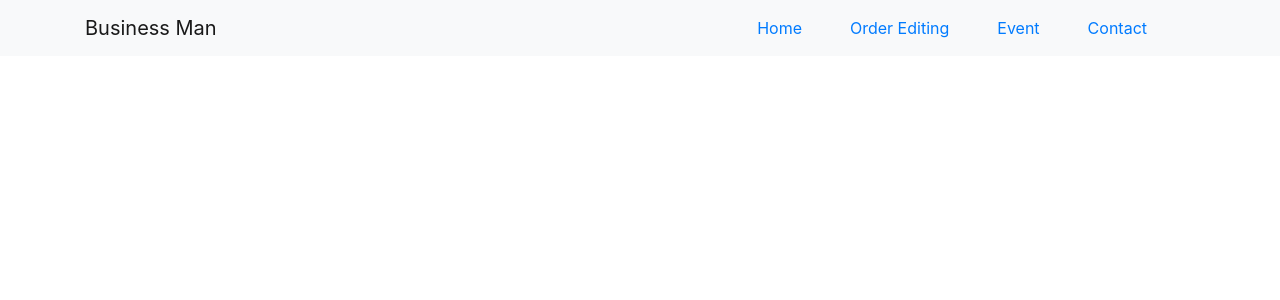
Repository: mdtahsinamin/internship-task
Page: /
These files come from the project's save history. The page is drawn as it stood at one moment and after the next save; the edit follows.
The browser window is 1280 px wide. The pictures show the whole page.
The project was rebuilt for these pictures with package versions that can differ from the ones it lists, and the page was loaded fresh each time. Also part of the build but not shown: src/App.css, src/Components/Style/SignIn.css, src/Components/Authentication/firebase.config.js, src/Components/Authentication/AuthManager.js, src/Components/Authentication/SignIn.js, src/Components/NotFound/NotFound.js.

Above is the page before, as saved 2020-12-24 17:26:09.

### src/App.js

import { createContext, useState } from "react";
import {
  BrowserRouter as Router,
  Switch,
  Route,
  Link
} from "react-router-dom";
import './App.css';
import SignIn from "./Components/Authentication/SignIn";
import NotFound from "./Components/NotFound/NotFound";
import Home from "./Components/Pages/Home/Home";

export const UserContext = createContext();

function App() {
   const [loginUser,setLoginUser] = useState({

   });

  return (
   <UserContext.Provider value={[loginUser,setLoginUser]}>
    <Router>
       <Switch>
         <Route path='/home' component={Home}/>

         <Route path='/sign-in' component={SignIn}/>
         <Route exact path='/' component={Home}/>

       </Switch>
    </Router>
   </UserContext.Provider>
  );
}

export default App;

### src/Components/Pages/Home/Home.js
import React from 'react';
import Navigation from '../Share/Navigation/Navigation';

const Home = () => {
    return (
        <div>
            <Navigation></Navigation>
        </div>
    );
};

export default Home;

### src/Components/Pages/Share/Navigation/Navigation.js
import React from 'react';
import { Container, Nav, Navbar } from 'react-bootstrap';
import { Link } from 'react-router-dom';

const Navigation = () => {
    const links = ['Home','Order Editing','Event','Contact'];

    const linkStyle ={
         textDecoration: 'none',
         fontSize:'16px',
         fontWeight:'600'
    };



    return (
    <header>
        <Navbar bg="light" expand="lg" collapseOnSelect>
           <Container>
             <Link to='/'>
               <Navbar.Brand>Business Man</Navbar.Brand>
             </Link>
            <Navbar.Toggle aria-controls="basic-navbar-nav" />
            <Navbar.Collapse id="basic-navbar-nav">
                <Nav className="ml-auto">
                    {
                        links.map((link,index) =>{
                              return (
                               <Link className="mr-5" to={`${link.toLocaleLowerCase().split(' ').join('-')}`}>
                                   {link}
                               </Link>
                              )
                        })
                    }
                </Nav>
            </Navbar.Collapse>
           </Container>
        </Navbar>
   </header>
    );
};

export default Navigation;

Loaded but not shown: public/index.html (common file); src/index.js (common file); src/index.css (common file); src/reportWebVitals.js (common file)

After the next save:
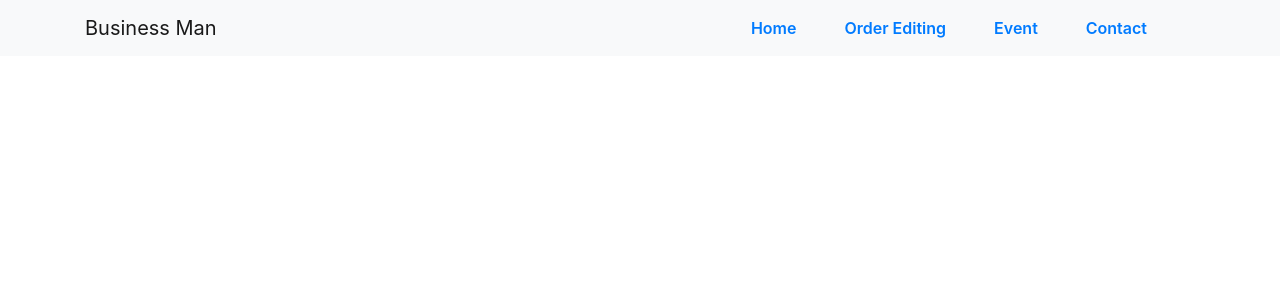
Saved 10 s later.
--- a/src/Components/Pages/Share/Navigation/Navigation.js
+++ b/src/Components/Pages/Share/Navigation/Navigation.js
@@ -26,7 +26,7 @@ const Navigation = () => {
                     {
                         links.map((link,index) =>{
                               return (
-                               <Link className="mr-5" to={`${link.toLocaleLowerCase().split(' ').join('-')}`}>
+                               <Link className="mr-5" to={`${link.toLocaleLowerCase().split(' ').join('-')}`} style={linkStyle}>
                                    {link}
                                </Link>
                               )
